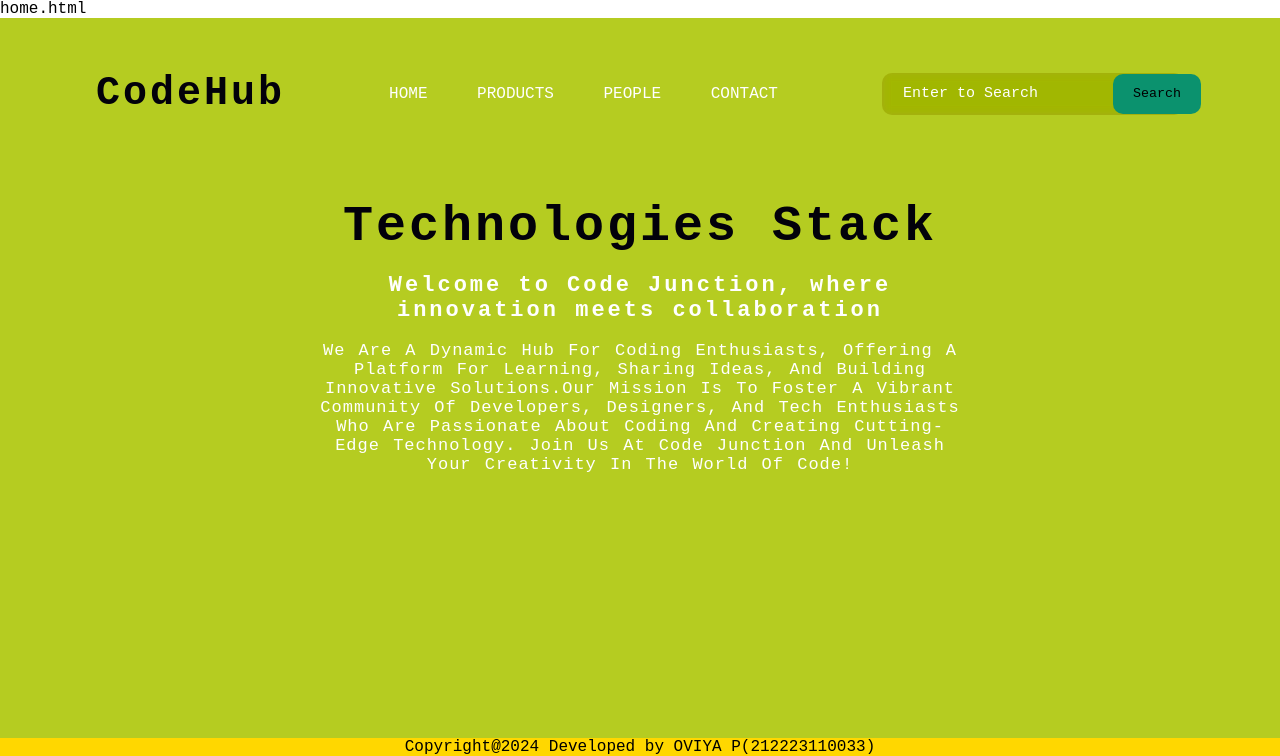
Repository: Oviya24032K6/softweb
Page: oviya/softapp/static/home.html
The author's editor kept a copy of each file at every save. The page is drawn from the files as they stood at one save, then again after a run of saves.
The browser window is 1280 px wide. The pictures show the whole page.

Above is the page before, as saved 2024-04-25 22:33:09.

After the next 3 saves:
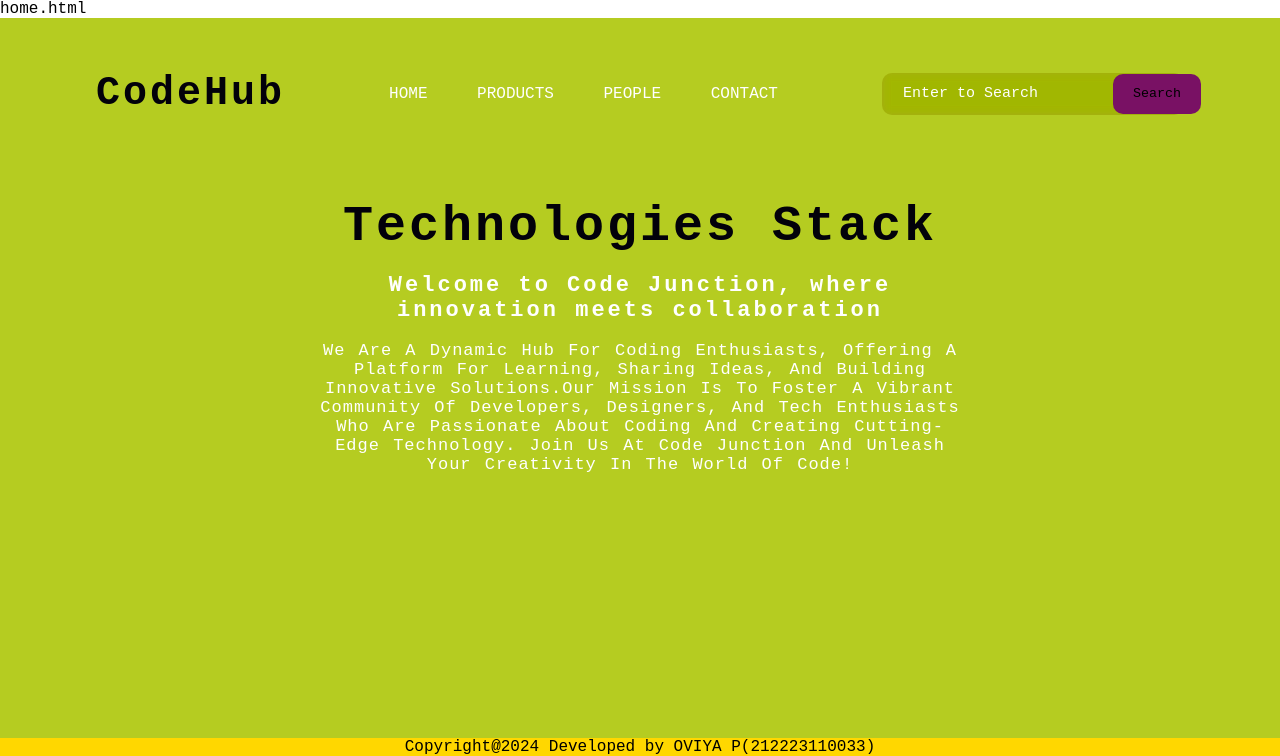
The 3 saves are shown as one change because they came seconds apart.
The last was saved 27 s later.
--- a/oviya/softapp/static/home.html
+++ b/oviya/softapp/static/home.html
@@ -62,7 +62,7 @@ home.html
                 padding: 5px 20px;
                 color:black;
                 border-radius: 10px;
-                background:rgb(11, 146, 110);
+                background:rgb(121, 17, 100);
                 cursor: pointer;
             }
             .navbar li {
